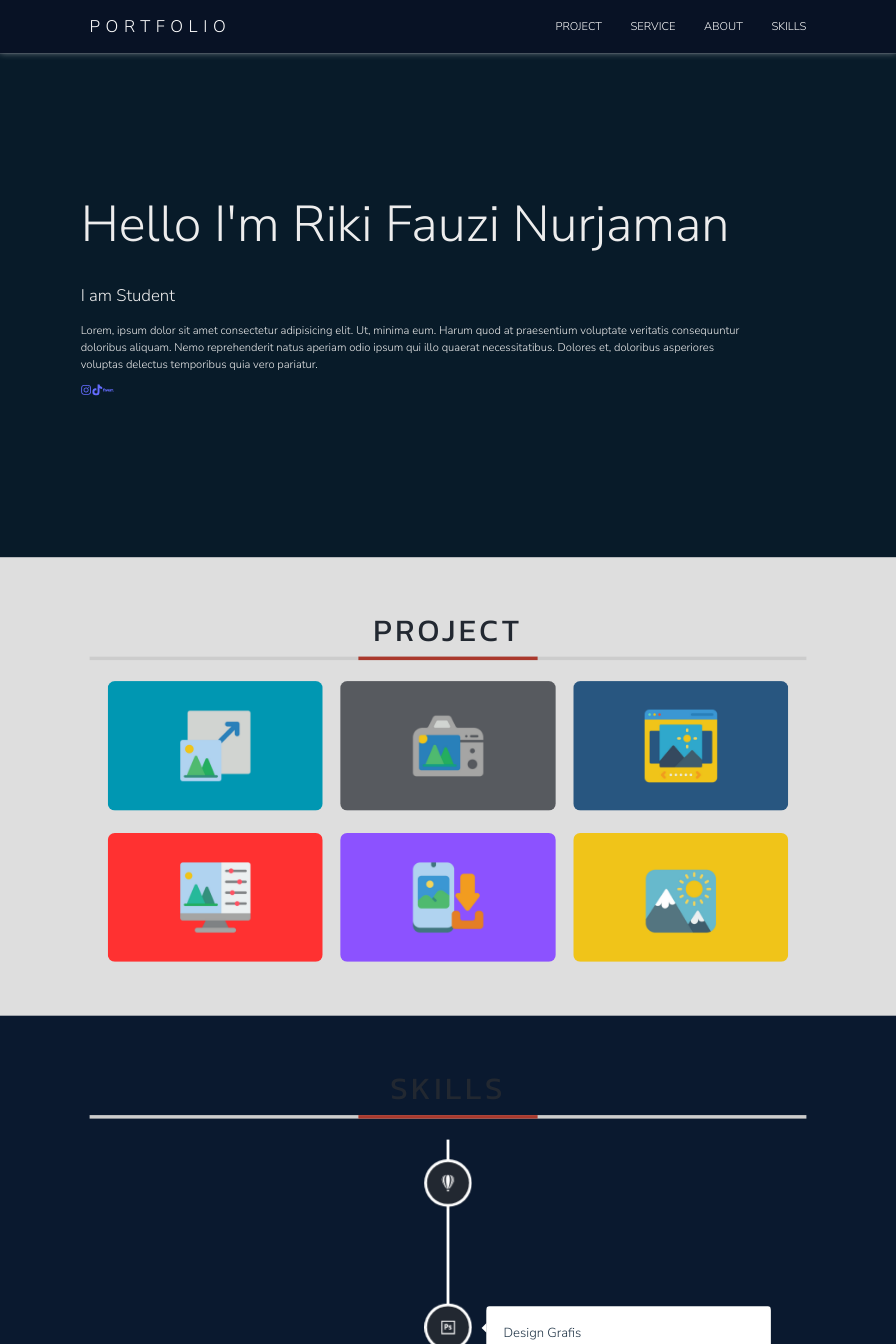
Repository: sellayspy/Portofolio
Page: /
An editor plug-in stored every save of this project. The page is shown before and after the next save, followed by the edit.
The browser window is 1280 px wide. The pictures show the part of the page from y = 0 to 1920 px (the page is 3848 px tall), at 70% of full size.
The project was rebuilt for these pictures with package versions that can differ from the ones it lists, and the page was loaded fresh each time. Also part of the build but not shown: vite.config.js, src/styles/DetailPortfolio.css, src/components/ScrollToTop.jsx, src/pages/DetailPortfolio.jsx, src/pages/PagesNotFound.jsx.

Above is the page before, as saved 2024-09-15 15:53:31.

### index.html
<!DOCTYPE html>
<html lang="en">
  <head>
    <meta charset="UTF-8" />
    <link rel="icon" type="image/svg+xml" href="/vite.svg" />
    <meta name="viewport" content="width=device-width, initial-scale=1.0" />
    <title>Portofolio RikiFN</title>
  </head>
  <body>
    <div id="root"></div>
    <script type="module" src="/src/main.jsx"></script>
  </body>
</html>

### src/App.jsx
import "./App.css";
import Home from "./pages/Home";
import DetailPortfolio from "./pages/DetailPortfolio";

import { BrowserRouter, Routes, Route } from "react-router-dom";
import PagesNotFound from "./pages/PagesNotFound";

const App = () => {
  return (
    <BrowserRouter>
      <Routes>
        <Route path="/" element={<Home />} />
        <Route path="/portfolio/:id" element={<DetailPortfolio />} />
        <Route path="/pages-not-found" element={<PagesNotFound />} />
        <Route path="*" element={<PagesNotFound />} />
      </Routes>
    </BrowserRouter>
  );
};

export default App;

### src/App.css
/* Global */
@import url("https://fonts.googleapis.com/css2?family=Nunito+Sans:opsz,wght@6..12,300&display=swap");
@import url("https://fonts.googleapis.com/css2?family=Kanit&display=swap");

html,
body {
  margin: 0px;
  padding: 0px;
  font-size: 16px;
  font-family: "Nunito Sans", sans-serif;
  scroll-behavior: smooth;
  background-color: #dedede;
}
.wrapper {
  width: 1024px;
  margin: auto;
  padding: 20px 0px 20px 0px;
}

section {
  padding: 50px 0px 50px 0px;
}

.wrapper > h3,
.wrapper > h1 {
  text-align: center;
  font-size: 2.8rem;
  margin: 0px 0px 30px 0px;
  padding: 0px;
  font-family: "Kanit", sans-serif;
  color: #222831;
  letter-spacing: 5px;
  text-transform: uppercase;
  border-bottom: 5px solid #cccccc;
}
.wrapper > h3::after,
.wrapper > h1::after {
  content: "";
  display: block;
  border-bottom: 5px solid #aa392d;
  width: 25%;
  position: relative;
  bottom: -5px; /* your padding + border-width */
  margin: auto;
}

@media only screen and (max-width: 1000px) {
  .wrapper {
    width: 80%;
  }
}

### src/pages/Home.jsx
import About from "../components/About";
import Experience from "../components/Experience";
import Footer from "../components/Footer";
import Header from "../components/Header";
import Navbar from "../components/Navbar";
import Portfolio from "../components/Portfolio";

function Home() {
  return (
    <>
      <Navbar />
      <Header />
      <Portfolio />
      <Experience />
      <About />
      <Footer />
    </>
  );
}

export default Home;

### src/components/About.jsx
import { FaHtml5 } from "react-icons/fa";
import { IoLogoJavascript } from "react-icons/io";
import { FaCss3 } from "react-icons/fa";
import { FaLaravel } from "react-icons/fa";
import { FaReact } from "react-icons/fa";
import { RiTailwindCssFill } from "react-icons/ri";
import { SiCoreldraw } from "react-icons/si";
import { SiAdobephotoshop } from "react-icons/si";
import "../styles/About.css";

const About = () => {
  return (
    <section id="about">
      <div className="wrapper">
        <h3>About</h3>
        <p>
          Lorem ipsum dolor sit amet consectetur adipisicing elit. Totam magni,
          dolorum, explicabo obcaecati ut impedit officiis quae non natus
          praesentium ex, excepturi asperiores laboriosam distinctio vitae
          cupiditate nulla debitis consectetur?
        </p>
        <p>
          Lorem ipsum dolor sit amet consectetur, adipisicing elit. Corporis,
          similique.
        </p>
        <p>Lorem ipsum dolor sit amet.</p>
        <h4>Programing Language & Tools</h4>
        <div className="skills">
          <FaHtml5 />
          <FaCss3 />
          <IoLogoJavascript />
          <RiTailwindCssFill />
          <FaLaravel />
          <FaReact />
          <SiCoreldraw />
          <SiAdobephotoshop />
        </div>
      </div>
    </section>
  );
};

export default About;

### src/components/Experience.jsx
import {
  VerticalTimeline,
  VerticalTimelineElement,
} from "react-vertical-timeline-component";
import "react-vertical-timeline-component/style.min.css";
import { SiNestjs } from "react-icons/si";
import { FaLaravel } from "react-icons/fa";
import { RiReactjsLine } from "react-icons/ri";
import { RiNextjsFill } from "react-icons/ri";
import { FaJava } from "react-icons/fa";
import { SiCoreldraw } from "react-icons/si";
import { DiPhotoshop } from "react-icons/di";
import "../styles/Experience.css";
const Experience = () => {
  return (
    <section id="experience">
      <div className="wrapper">
        <h3>Skills</h3>

        <VerticalTimeline>
          <VerticalTimelineElement
            className="vertical-timeline-element--work"
            iconStyle={{ background: "#222831", color: "#fff" }}
            icon={<SiCoreldraw />}
          >
            <h3 className="vertical-timeline-element-title">Design Grafis</h3>
            <h4 className="vertical-timeline-element-subtitle">
              2018 - Present
            </h4>
            <p>User Experience, Visual Design</p>
          </VerticalTimelineElement>
          <VerticalTimelineElement
            className="vertical-timeline-element--work"
            iconStyle={{ background: "#222831", color: "#fff" }}
            icon={<DiPhotoshop />}
          >
            <h3 className="vertical-timeline-element-title">Design Grafis</h3>
            <h4 className="vertical-timeline-element-subtitle">
              2018 - Present
            </h4>
            <p>User Experience, Visual Design</p>
          </VerticalTimelineElement>
          <VerticalTimelineElement
            className="vertical-timeline-element--work"
            iconStyle={{ background: "#222831", color: "#fff" }}
            icon={<RiReactjsLine />}
          >
            <h3 className="vertical-timeline-element-title">Web Development</h3>
            <h4 className="vertical-timeline-element-subtitle">
              2018 - Present
            </h4>
            <p>User Experience, Visual Design</p>
          </VerticalTimelineElement>
          <VerticalTimelineElement
            className="vertical-timeline-element--work"
            date="2024 - present"
            iconStyle={{ background: "#222831", color: "#fff" }}
            icon={<RiNextjsFill />}
          >
            <h3 className="vertical-timeline-element-title">Web Designer</h3>
            <h4 className="vertical-timeline-element-subtitle">
              Los Angeles, CA
            </h4>
            <p>User Experience, Visual Design</p>
          </VerticalTimelineElement>
          <VerticalTimelineElement
            className="vertical-timeline-element--work"
            date="2024 - present"
            iconStyle={{ background: "#222831", color: "#fff" }}
            icon={<FaJava />}
          >
            <h3 className="vertical-timeline-element-title">Web Designer</h3>
            <h4 className="vertical-timeline-element-subtitle">
              Los Angeles, CA
            </h4>
            <p>User Experience, Visual Design</p>
          </VerticalTimelineElement>
          <VerticalTimelineElement
            className="vertical-timeline-element--work"
            date="2024 - present"
            iconStyle={{ background: "#222831", color: "#fff" }}
            icon={<SiCoreldraw />}
          >
            <h3 className="vertical-timeline-element-title">Web Designer</h3>
            <h4 className="vertical-timeline-element-subtitle">
              Los Angeles, CA
            </h4>
            <p>User Experience, Visual Design</p>
          </VerticalTimelineElement>
          <VerticalTimelineElement
            className="vertical-timeline-element--work"
            date="2024 - present"
            iconStyle={{ background: "#222831", color: "#fff" }}
            icon={<DiPhotoshop />}
          >
            <h3 className="vertical-timeline-element-title">Web Designer</h3>
            <h4 className="vertical-timeline-element-subtitle">
              Los Angeles, CA
            </h4>
            <p>User Experience, Visual Design</p>
          </VerticalTimelineElement>
        </VerticalTimeline>
      </div>
    </section>
  );
};

export default Experience;

### src/components/Footer.jsx
import "../styles/Footer.css";

const Footer = () => {
  return <footer>&copy; 2024. Riki Fauzia Nurjaman</footer>;
};

export default Footer;

### src/components/Header.jsx
import profilePicture from "../assets/test.png";
import { FaInstagram } from "react-icons/fa";
import { FaTiktok } from "react-icons/fa";
import { SiFiverr } from "react-icons/si";
import "../styles/Header.css";
const Header = () => {
  return (
    <header>
      <div className="header-jumbotron">
        <h1>
          Hello I'm <span>Riki Fauzi Nurjaman</span>
        </h1>
        <h2>
          I am <span className="type-animation">Student</span>
        </h2>
        <p>
          Lorem, ipsum dolor sit amet consectetur adipisicing elit. Ut, minima
          eum. Harum quod at praesentium voluptate veritatis consequuntur
          doloribus aliquam. Nemo reprehenderit natus aperiam odio ipsum qui
          illo quaerat necessitatibus. Dolores et, doloribus asperiores voluptas
          delectus temporibus quia vero pariatur.
        </p>
        <div className="socialMedia">
          <a href="https://www.instagram.com/rikifauzianurjaman/">
            <FaInstagram />
          </a>
          <a href="https://www.tiktok.com/@officialspylike">
            <FaTiktok />
          </a>
          <a href="https://www.fiverr.com/rikifauzianurja">
            <SiFiverr />
          </a>
        </div>
      </div>
    </header>
  );
};

export default Header;

### src/components/Navbar.jsx
import { FaBars } from "react-icons/fa6";
import { IoClose } from "react-icons/io5";
import "../styles/Navbar.css";
import { useState } from "react";
import { HashLink } from "react-router-hash-link";
import { Link } from "react-router-dom";

const Navbar = () => {
  const [statusTampil, setStatusTampil] = useState("");

  const tampilMenu = () => {
    if (statusTampil == "") {
      setStatusTampil("tampil");
    } else {
      setStatusTampil("");
    }
  };
  return (
    <nav>
      <div className="wrapper">
        <div className="logo">
          <Link to="/">Portfolio</Link>
        </div>
        <button onClick={tampilMenu}>
          {statusTampil == "" ? <FaBars /> : <IoClose />}
        </button>
        <div className={`menu ${statusTampil}`} onClick={tampilMenu}>
          <ul>
            <li>
              <HashLink to="/#portfolio">Project</HashLink>
            </li>
            <li>
              <HashLink to="/#contact">Service</HashLink>
            </li>
            <li>
              <HashLink to="/#about">About</HashLink>
            </li>
            <li>
              <HashLink to="/#experience">Skills</HashLink>
            </li>
          </ul>
        </div>
      </div>
    </nav>
  );
};

export default Navbar;

### src/components/Portfolio.jsx
import { portfolioList } from "../data/DataPortfolio";

import { Link } from "react-router-dom";

import "../styles/Portfolio.css";

const Portfolio = () => {
  return (
    <section id="portfolio">
      <div className="wrapper">
        <h3>Project</h3>
        <div className="grid">
          {portfolioList.map((item) => {
            return (
              <div className="item" key={item.id}>
                <Link to={`/portfolio/${item.id}`}>
                  <img src={item.image} />
                </Link>
              </div>
            );
          })}
        </div>
      </div>
    </section>
  );
};

export default Portfolio;

### src/data/DataPortfolio.jsx
import portfolio1 from "../assets/portfolio1.png";
import portfolio2 from "../assets/portfolio2.png";
import portfolio3 from "../assets/portfolio3.png";
import portfolio4 from "../assets/portfolio4.png";
import portfolio5 from "../assets/portfolio5.png";
import portfolio6 from "../assets/portfolio6.png";

export const portfolioList = [
  {
    id: "1",
    title: "Website Portofolio",
    image: portfolio1,
    skill: "html, css, javascript",
  },
  {
    id: "2",
    title: "Website Portofolio2",
    image: portfolio2,
    skill: "laravel, react, api, typescript, tailwind",
  },
  {
    id: "3",
    title: "Website Portofolio3",
    image: portfolio3,
    skill: "react, javascript, css, html",
  },
  {
    id: "4",
    title: "Website Portofolio4",
    image: portfolio4,
    skill: "reactjs, typescript, tailwind, nodejs",
  },
  {
    id: "5",
    title: "Desain Grafis Portofolio",
    image: portfolio5,
    skill: "adobephotoshop, coreldraw",
  },
  {
    id: "6",
    title: "Desain Grafis Portofolio2",
    image: portfolio6,
    skill: "adobephotoshop, coreldraw",
  },
];

### src/styles/About.css
#about {
  background-color: #eaedef;
  position: relative;
  font-size: 1.2rem;
}
#about > .wrapper {
  margin: auto;
  width: 50%;
}
#about > .wrapper > h3 {
  text-align: center;
  font-size: 2.8rem;
  margin: 0px 0px 30px 0px;
  padding: 0px;
  font-family: "Kanit", sans-serif;
  color: #333;
  letter-spacing: 5px;
  text-transform: uppercase;
}
#about > .wrapper > p {
  text-align: center;
}

#about > .wrapper > h4 {
  text-align: center;
  font-size: 1.4rem;
  margin: 0px 0px 20px 0px;
  padding: 0px;
  font-family: "Kanit", sans-serif;
  letter-spacing: 5px;
  color: #333;
}
.skills {
  text-align: center;
}
.skills > svg {
  display: inline-block;
  color: #74797e;
  width: 50px;
  height: auto;
  margin: 10px;
  cursor: pointer;
}

.skills > svg:hover {
  color: #aa392d;
}

@media only screen and (max-width: 1000px) {
  #about > .wrapper {
    width: 80%;
  }
}

### src/styles/Experience.css
#experience {
  background-color: #0a192f;
  position: relative;
}

### src/styles/Footer.css
footer {
  background-color: #39404a;
  text-align: center;
  line-height: 100px;
  color: #fff;
  letter-spacing: 5px;
}

### src/styles/Header.css
:root {
  --bg-color: #081b29;
  --second-bg-color: #112e43;
  --text-color: #ededed;
  --main-color: #00abf0;
}

header {
  background-color: var(--bg-color);
  color: var(--text-color);
  height: 100vh;
  background-position: center center;
}

.header-jumbotron {
  width: 60rem;
  padding: 10rem 9% 4rem;
}

.header-jumbotron h1 {
  font-size: 4.5rem;
  line-height: 1;
}

/* .header-jumbotron > img {
  width: 280px;
  border: 5px solid skyblue;
  border-radius: 100%;
  box-shadow: 0px 0px 20px rgba(255, 255, 255, 0.5);
}

.header-jumbotron > .header-text > .animated-tex {
  color: #fff;
  margin: 20px 0px 0px 0px;
  padding: 0px;
  font-size: 2.5rem;
}

.animated-tex span {
  position: relative;
}

.animated-tex span::before {
  content: "Student";
  background: linear-gradient(270deg, #df8908 10%, #b415ff 100%);
  background-clip: text;
  -webkit-background-clip: text;
  -webkit-text-fill-color: transparent;
  animation: words 20s infinite;
}

.animated-tex span::after {
  content: "";
  position: absolute;
  width: calc(100% + 8px);
  height: 100%;
  background-color: #0a192f;
  border-left: 2px solid #e03fd8;
  right: -2px;
  animation: cursor 0.8s infinite, typing 20s steps(14) infinite;
}
@keyframes cursor {
  to {
    border-left: 2px solid #fff;
  }
}
@keyframes words {
  0%,
  34% {
    content: "Programmer";
  }
  25%,
  68% {
    content: "Designer";
  }
  69%,
  100% {
    content: "Gamer";
  }
}
@keyframes typing {
  10%,
  15%,
  30%,
  35%,
  50%,
  55%,
  70%,
  75%,
  90%,
  95% {
    width: 0;
  }
  5%,
  20%,
  25%,
  40%,
  45%,
  60%,
  65%,
  80%,
  85% {
    width: calc(100% + 8px);
  }
}

.header-jumbotron > .header-text > h3 {
  position: relative;
  color: #0e3742;
  margin: 10px 0px 0px 0px;
  padding: 0px;
  font-size: 3.5rem;
  text-transform: uppercase;
  line-height: 0.7em;
  outline: none;
  animation: animate 5s linear forwards;
}

@keyframes animate {
  0% {
    color: #0e3742;
    text-shadow: none;
  }
  100% {
    color: #fff;
    text-shadow: 0 0 10px #03bcf4, 0 0 20px #03bcf4, 0 0 40px #03bcf4,
      0 0 80px #03bcf4, 0 0 160px #03bcf4;
  }
}

.header-jumbotron > .header-text > p {
  padding: 15px;
  margin: 0px 5px 20px 5px;
  color: #fff;
  font-size: 1.2rem;
}
.socialMedia {
  color: #fff;
  display: flex;
  gap: 20px;
}

.socialMedia > a {
  background-color: #222831;
  color: #fff;
  width: 80px;
  height: 80px;
  border-radius: 50%;
  display: flex;
  justify-content: center;
  align-items: center;
  transition: transform 0.3s ease-in-out;
}
.socialMedia > a > svg {
  height: 30px;
  width: auto;
}
.socialMedia > a:hover {
  background-color: #aa392d;
  box-shadow: 0px 0px 10px rgba(255, 255, 255, 0.5);
  transform: scale(1.2);
}

@media only screen and (max-width: 1000px) {
  .socialMedia > a {
    width: 60px;
    height: 60px;
  }

  .socialMedia > a > svg {
    height: 30px;
    width: auto;
  }
} */

### src/styles/Navbar.css
nav {
  background-color: #081225;
  color: #fff;
  position: sticky;
  top: 0;
  z-index: 100;
  text-transform: uppercase;
  box-shadow: 0px 0px 10px rgba(255, 255, 255, 0.5);
}
nav > .wrapper {
  display: flex;
  justify-content: space-between;
  align-items: center;
}

.menu {
  width: 35%;
}

.logo {
  display: flex;
  align-items: center;
}
.logo > a {
  color: #fff;
  text-decoration: none;
  font-size: 1.5rem;
  font-weight: 900;
  letter-spacing: 8px;
}
.menu > ul {
  display: flex;
  list-style-type: none;
  margin: 0px;
  padding: 0px;
  justify-content: space-between;
  font-weight: bold;
}

.menu > ul > li > a {
  position: relative;
  text-decoration: none;
  color: #fff;
}

.menu > ul > li > a::before {
  content: "";
  position: absolute;
  top: 100%;
  left: 0;
  width: 0;
  height: 2px;
  background: yellow;
  transition: 0.3s;
}

.menu > ul > li > a:hover::before {
  width: 100%;
}

nav > .wrapper > button {
  cursor: pointer;
  display: none;
  position: absolute;
  right: 10px;
  top: 10px;
  border: 0px;
  background-color: transparent;
  padding: 0px;
}
nav > .wrapper > button > svg {
  color: #fff;
  font-size: 50px;
}
@media only screen and (max-width: 1000px) {
  .menu > ul {
    display: none;
  }
  .menu.tampil > ul {
    display: inline;
  }
  .menu {
    text-align: right;
  }
  nav > .wrapper > button {
    display: inline;
  }
  .menu > ul {
    flex-direction: column;
    background-color: #060d1c;
    width: 100%;
    position: fixed;
    top: 70px;
    left: 0;
  }
  .menu > ul > li {
    text-align: left;
    cursor: pointer;
  }
  .menu > ul > li > a {
    display: inline-block;
    padding: 15px 20px 15px 50px;
    width: 100%;
  }
  .menu > ul > li > a:hover {
    background-color: #000;
  }
}

### src/styles/Portfolio.css
.grid {
  display: grid;
  grid-template-columns: 30% 30% 30%;
  grid-gap: 25px;
  justify-content: center;
}

.grid > .item > a > img {
  width: 100%;
  border-radius: 10px;
}

@media only screen and (max-width: 1000px) {
  .grid {
    grid-template-columns: 45% 45%;
  }
}

Loaded but not shown: src/main.jsx (common file); src/index.css (common file)

After the next save:
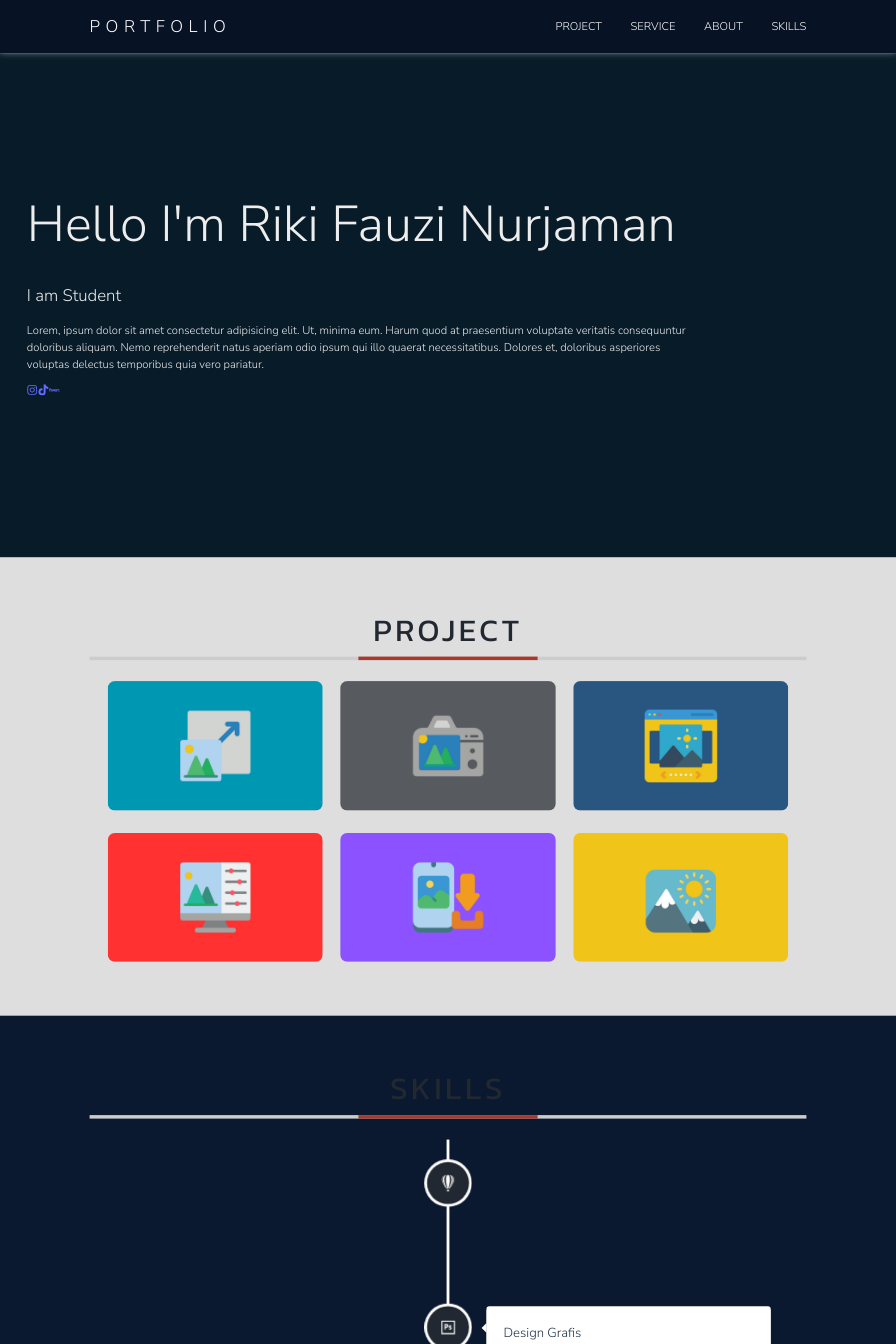
Saved 10 s later.
--- a/src/styles/Header.css
+++ b/src/styles/Header.css
@@ -14,7 +14,7 @@
 
 .header-jumbotron {
   width: 60rem;
-  padding: 10rem 9% 4rem;
+  padding: 10rem 3% 2rem;
 }
 
 .header-jumbotron h1 {

After the save that followed:
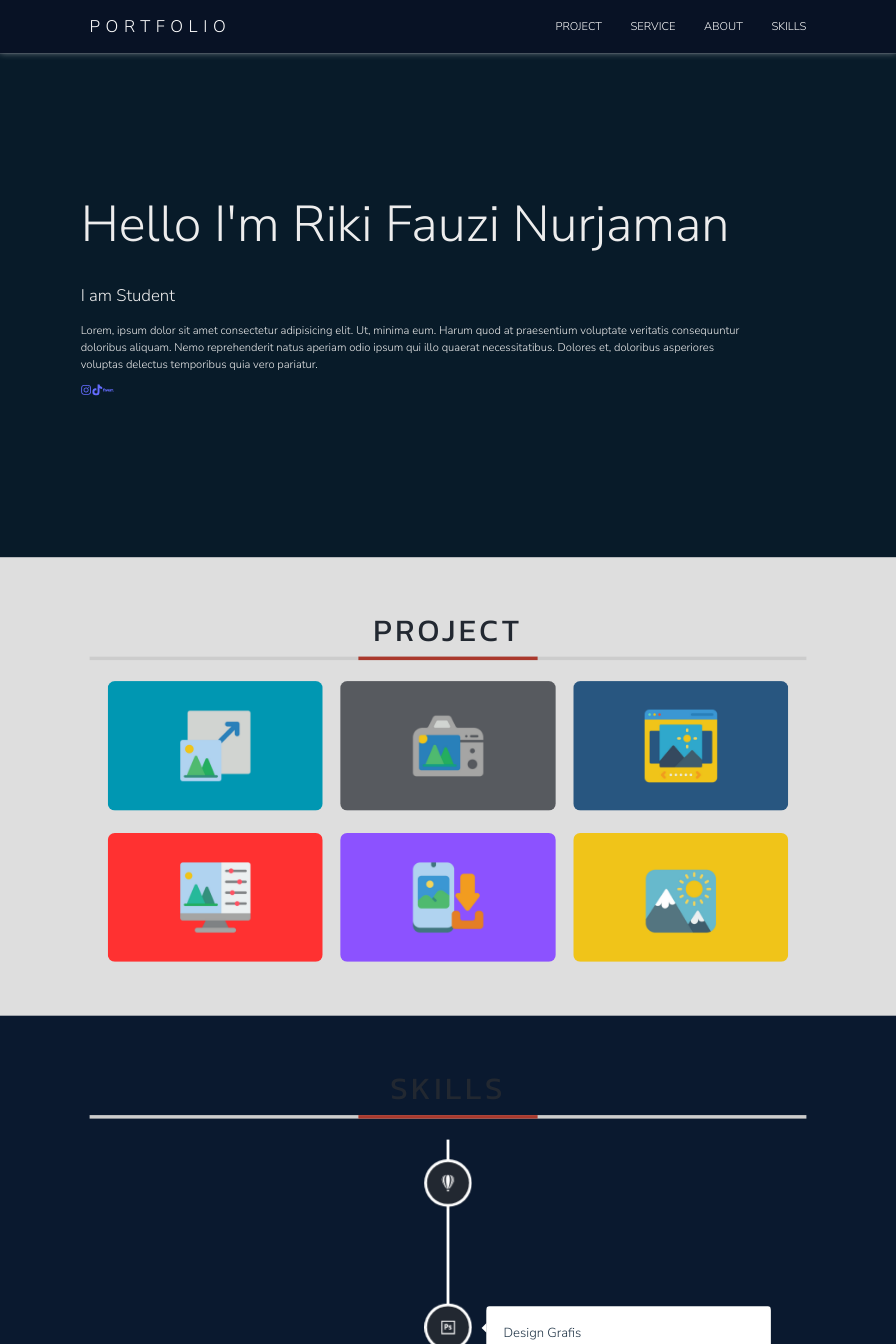
Saved 6 s later.
--- a/src/styles/Header.css
+++ b/src/styles/Header.css
@@ -14,7 +14,7 @@
 
 .header-jumbotron {
   width: 60rem;
-  padding: 10rem 3% 2rem;
+  padding: 10rem 9% 2rem;
 }
 
 .header-jumbotron h1 {
